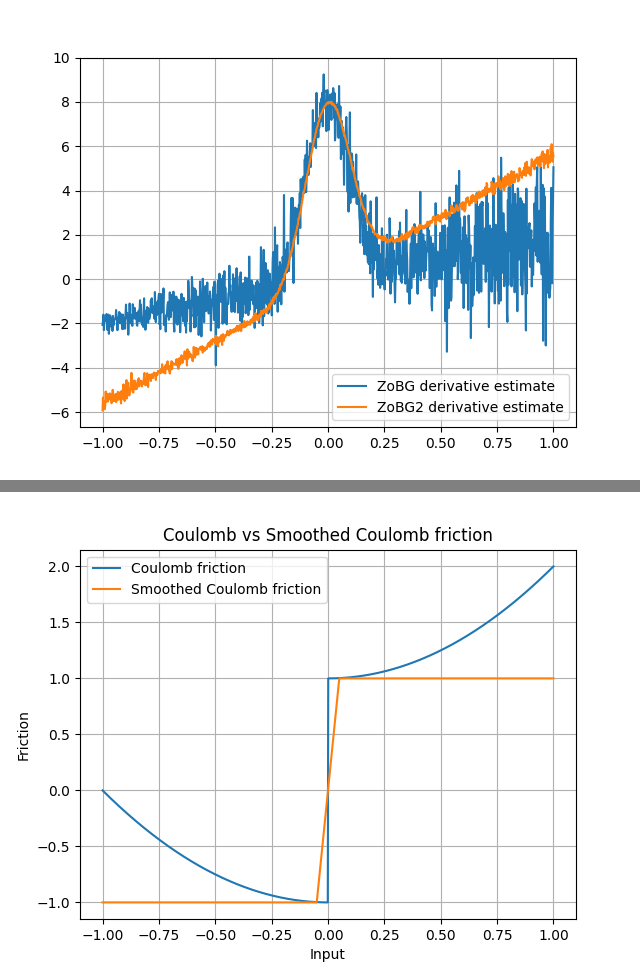
Repository: oomcth/Gradient-smoothing
Script's output: python test.py
An editor plug-in stored every save of this project. The script's output is shown before and after the next save, followed by the edit.
Each picture stacks the figures in order, with grey between them; figures that are only written to a file come last. Random numbers start from a fixed seed.

Above is the script's output before, as saved 2025-11-21 18:32:55.

After the next save:
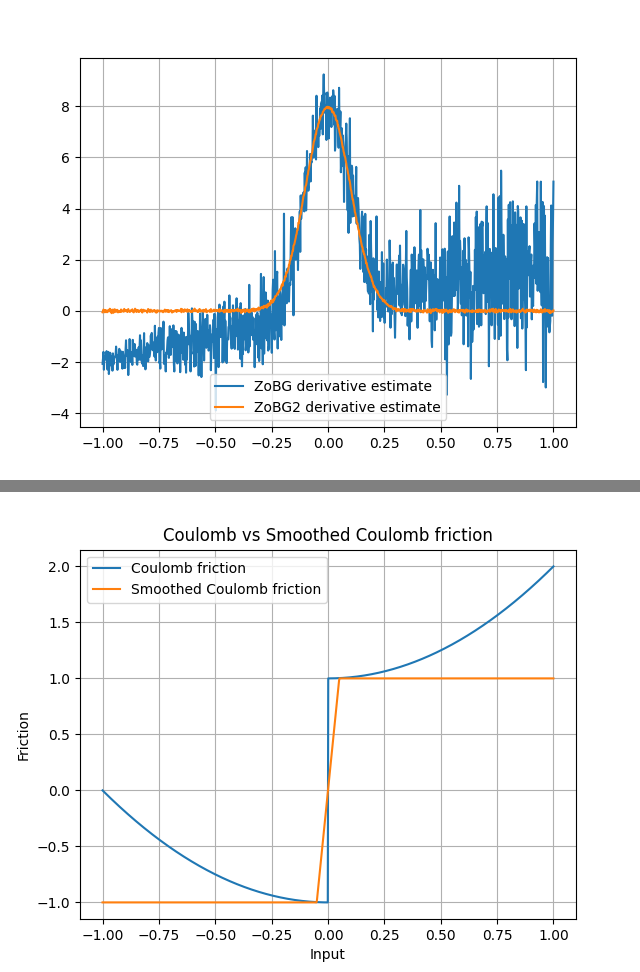
Saved 50 min 8 s later.
--- a/test.py
+++ b/test.py
@@ -49,7 +49,10 @@
     omegas = np.random.normal(loc=0, scale=sigma, size=M)
     xs = x + omegas
     est = np.array(
-        [2 * xi * gaussian_pdf(omega, sigma=sigma) for (xi, omega) in zip(xs, omegas)]
+        [
+            2 * omega * gaussian_pdf(omega, sigma=sigma)
+            for (xi, omega) in zip(xs, omegas)
+        ]
     )
 
     return est.mean() + 2 * gaussian_pdf(-x, mu=0, sigma=sigma)

After the save that followed:
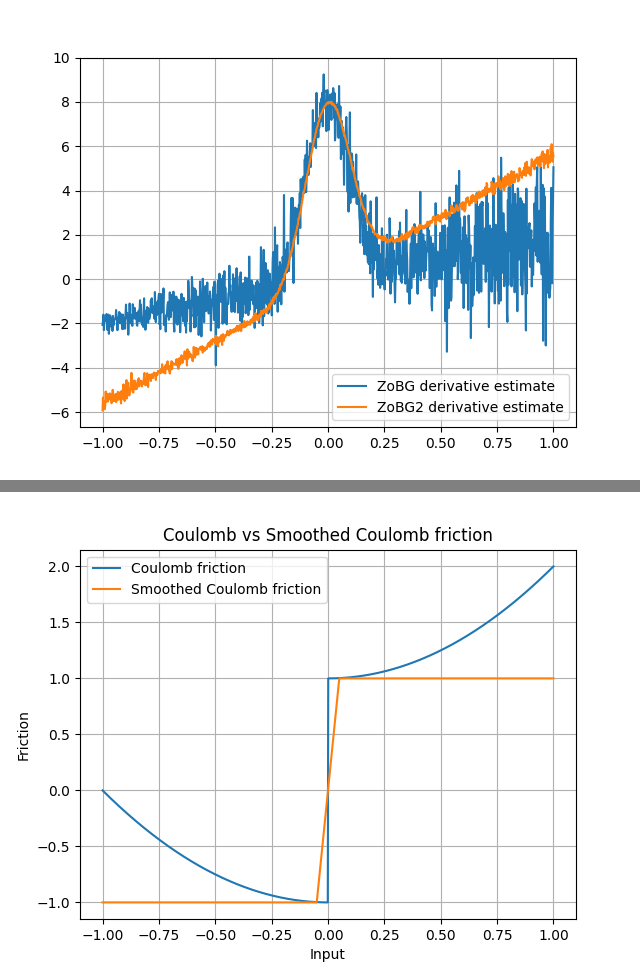
Saved 13 s later.
--- a/test.py
+++ b/test.py
@@ -49,10 +49,7 @@
     omegas = np.random.normal(loc=0, scale=sigma, size=M)
     xs = x + omegas
     est = np.array(
-        [
-            2 * omega * gaussian_pdf(omega, sigma=sigma)
-            for (xi, omega) in zip(xs, omegas)
-        ]
+        [2 * xi * gaussian_pdf(omega, sigma=sigma) for (xi, omega) in zip(xs, omegas)]
     )
 
     return est.mean() + 2 * gaussian_pdf(-x, mu=0, sigma=sigma)
